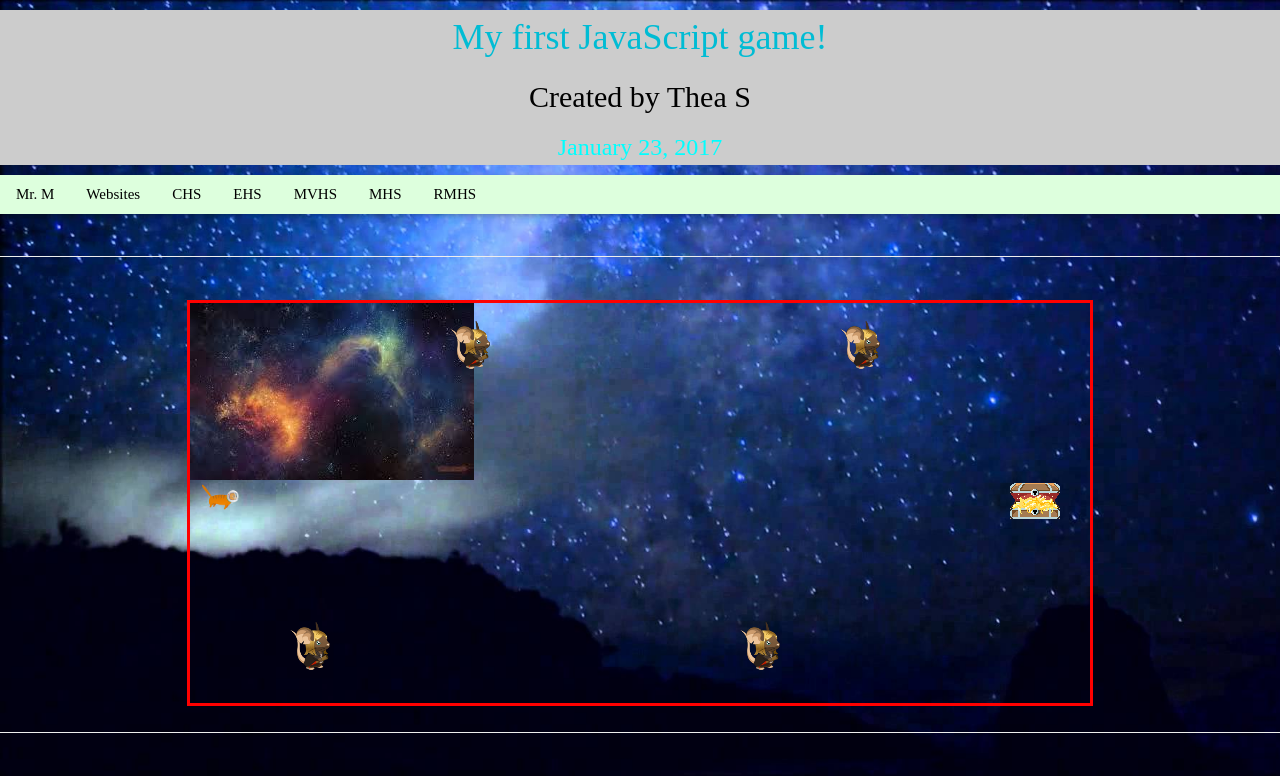
Repository: m-rabbit/b1_sukianto_code
Page: websites/Final/index.html
An editor plug-in stored every save of this project. The page is shown before and after the next save, followed by the edit.
The browser window is 1280 px wide. The pictures show the whole page.
Some web fonts or font styles are not loaded; a fallback is used.

Above is the page before, as saved 2017-01-23 15:47:12.

After the next save:
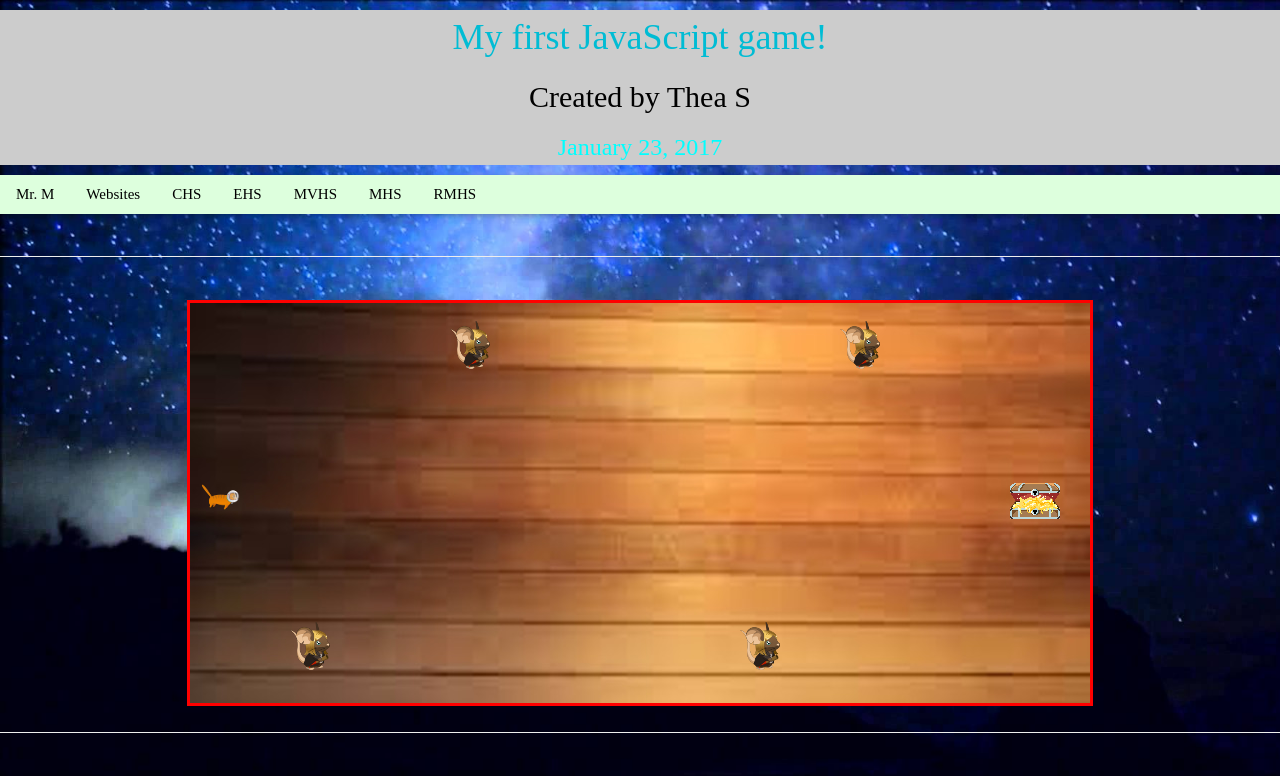
Saved 75 s later.
--- a/websites/Final/js/game.js
+++ b/websites/Final/js/game.js
@@ -115,7 +115,7 @@ window.addEventListener("load", function(){
 				sprites.enemy = new Image();
 				sprites.enemy.src = "sprites/enemy.png";
 				sprites.background = new Image();
-				sprites.background.src = "sprites/download.jpg";
+				sprites.background.src = "sprites/bg.jpg";
 			};
 
 			var checkCollision = function(rect1, rect2){
